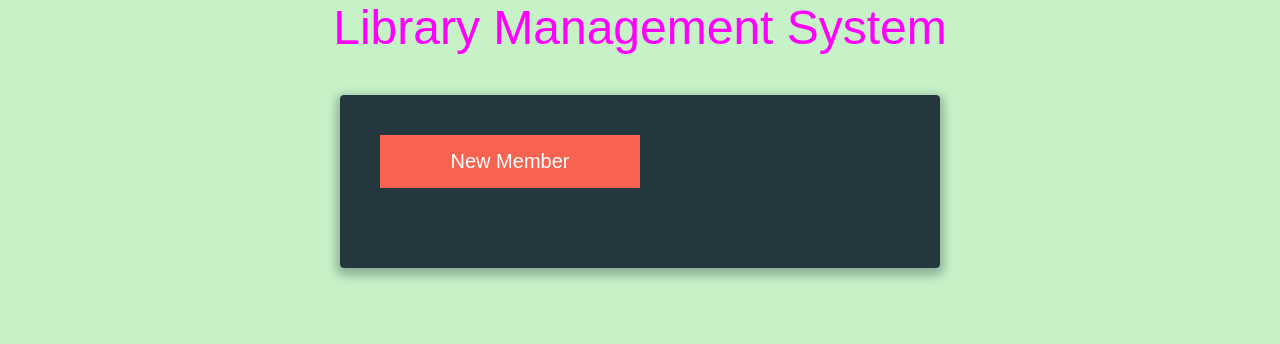
Repository: sudhanshuptl/LMS
Page: http://localhost/LMSWeb/add_user.jsp
These files come from the project's save history. The page is drawn as it stood at one moment and after the next save; the edit follows.
The browser window is 1280 px wide. The pictures show the whole page.
Some web fonts or font styles are not loaded; a fallback is used. Some web libraries are served in a nearby version. The page is served by Tomcat 9. Other server files are loaded and not shown.

Above is the page before, as saved 2016-11-24 19:17:07.

### LMSWeb/WebContent/add_user.jsp
<%@ page language="java" contentType="text/html; charset=ISO-8859-1"
	pageEncoding="ISO-8859-1"
	import="com.virtusa.project.services.admin.AdminServices"%>
<!DOCTYPE html>
<html>
<head>
<meta charset="UTF-8">
<title>Admin Service</title>
<link
	href='http://fonts.googleapis.com/css?family=Titillium+Web:400,300,600'
	rel='stylesheet' type='text/css'>
<link rel="stylesheet"
	href="https://cdnjs.cloudflare.com/ajax/libs/normalize/5.0.0/normalize.min.css">


<link rel="stylesheet" href="css/style.css">


</head>

<body>

	<h1>
		<font color="#FF00FF" size="100">Library Management System</font>
	</h1>
	<div class="form">

		<ul class="tab-group">
			<li class="tab active"><a href="#signup">New Member</a></li>
		</ul>

		<div class="tab-content">
			<div id="signup">

				<form action="add_user.jsp" method="post">

					<div class="field-wrap">
						<label> Name<span class="req" name="name">*</span>
						</label> <input type="text" name="userName" required autocomplete="off" />
					</div>

					<div class="field-wrap">
						<label> Phone No<span class="req" name="phone">*</span>
						</label> <input type="text" name="phoneNumber" required autocomplete="off"
							pattern="[0-9]{10}" title="Please Enter 10 Digit No." />
					</div>

					<div class="field-wrap">
						<label> Password<span class="req" name="password">*</span>
						</label> <input type="password" name="userPassword" required
							autocomplete="off"
							title="Must contain at least  one number and one uppercase and lowercase letter, and at least 8 or more characters" />
					</div>

					<!--<p class="forgot"><a href="#">Forgot Password?</a></p>-->

					<button class="button button-block" />
					Add Member
					</button>

				</form>
			</div>
		</div>
		<!-- tab-content -->

	</div>
	<!-- /form -->
	<script
		src='http://cdnjs.cloudflare.com/ajax/libs/jquery/2.1.3/jquery.min.js'></script>

	<script src="js/index.js"></script>
	<%
		if (request.getParameter("userName") != null) {
			String userName = request.getParameter("userName");
			String userPhoneNumber = request.getParameter("phoneNumber");
			String password = request.getParameter("userPassword");
			AdminServices adminServices = new AdminServices();
			adminServices.addUser(userName, password, userPhoneNumber);
		}
	%>

</body>
</html>

<!-- pattern="(?=.*\d)(?=.*[a-z])(?=.*[A-Z]).{8,}" -->

### LMSWeb/WebContent/css/style.css
*, *:before, *:after {
  box-sizing: border-box;
}

html {
  overflow-y: scroll;
}

body {
  background: #C7F2C8;
  font-family: 'Titillium Web', sans-serif;
}

a {
  text-decoration: none;
  color: #C7F2F2;//1ab188;
  -webkit-transition: .5s ease;
  transition: .5s ease;
}
a:hover {
  color: #179b77;
}

.form {
  background: rgba(19, 35, 47, 0.9);
  padding: 40px;
  max-width: 600px;
  margin: 40px auto;
  border-radius: 4px;
  box-shadow: 0 4px 10px 4px rgba(19, 35, 47, 0.3);
}

.tab-group {
  list-style: none;
  padding: 0;
  margin: 0 0 40px 0;
}
.tab-group:after {
  content: "";
  display: table;
  clear: both;
}
.tab-group li a {
  display: block;
  text-decoration: none;
  padding: 15px;
  background: rgba(160, 179, 176, 0.25);
  color: #F3B7AF;
  font-size: 20px;
  float: left;
  width: 50%;
  text-align: center;
  cursor: pointer;
  -webkit-transition: .5s ease;
  transition: .5s ease;
}
.tab-group li a:hover {
  background: #F3B7AF;
  color: #ffffff;
}
.tab-group .active a {
  background: #F76350;
  color: #ffffff;
}

.tab-content > div:last-child {
  display: none;
}

h1 {
  text-align: center;
  color: #ffffff;
  font-weight: 300;
  margin: 0 0 40px;
}

label {
  position: absolute;
  -webkit-transform: translateY(6px);
          transform: translateY(6px);
  left: 13px;
  color: rgba(255, 255, 255, 0.5);
  -webkit-transition: all 0.25s ease;
  transition: all 0.25s ease;
  -webkit-backface-visibility: hidden;
  pointer-events: none;
  font-size: 22px;
}
label .req {
  margin: 2px;
  color: #1ab188;
}

label.active {
  -webkit-transform: translateY(50px);
          transform: translateY(50px);
  left: 2px;
  font-size: 14px;
}
label.active .req {
  opacity: 0;
}

label.highlight {
  color: #ffffff;
}

input, textarea {
  font-size: 22px;
  display: block;
  width: 100%;
  height: 100%;
  padding: 5px 10px;
  background: none;
  background-image: none;
  border: 1px solid #a0b3b0;
  color: #ffffff;
  border-radius: 0;
  -webkit-transition: border-color .25s ease, box-shadow .25s ease;
  transition: border-color .25s ease, box-shadow .25s ease;
}
input:focus, textarea:focus {
  outline: 0;
  border-color: #1ab188;
}

textarea {
  border: 2px solid #a0b3b0;
  resize: vertical;
}

.field-wrap {
  position: relative;
  margin-bottom: 40px;
}

.top-row:after {
  content: "";
  display: table;
  clear: both;
}
.top-row > div {
  float: left;
  width: 48%;
  margin-right: 4%;
}
.top-row > div:last-child {
  margin: 0;
}

.button {
  border: 0;
  outline: none;
  border-radius: 0;
  padding: 15px 0;
  font-size: 2rem;
  font-weight: 600;
  text-transform: uppercase;
  letter-spacing: .1em;
  background: #1ab188;
  color: #ffffff;
  -webkit-transition: all 0.5s ease;
  transition: all 0.5s ease;
  -webkit-appearance: none;
}
.button:hover, .button:focus {
  background: #179b77;
}

.button-block {
  display: block;
  width: 100%;
}

.forgot {
  margin-top: -20px;
  text-align: right;
}

### LMSWeb/WebContent/js/index.js
$('.form').find('input, textarea').on('keyup blur focus', function (e) {

  var $this = $(this),
      label = $this.prev('label');

	  if (e.type === 'keyup') {
			if ($this.val() === '') {
          label.removeClass('active highlight');
        } else {
          label.addClass('active highlight');
        }
    } else if (e.type === 'blur') {
    	if( $this.val() === '' ) {
    		label.removeClass('active highlight');
			} else {
		    label.removeClass('highlight');
			}
    } else if (e.type === 'focus') {

      if( $this.val() === '' ) {
    		label.removeClass('highlight');
			}
      else if( $this.val() !== '' ) {
		    label.addClass('highlight');
			}
    }

});

$('.tab a').on('click', function (e) {

  e.preventDefault();

  $(this).parent().addClass('active');
  $(this).parent().siblings().removeClass('active');

  target = $(this).attr('href');

  $('.tab-content > div').not(target).hide();

  $(target).fadeIn(600);

});

After the next save:
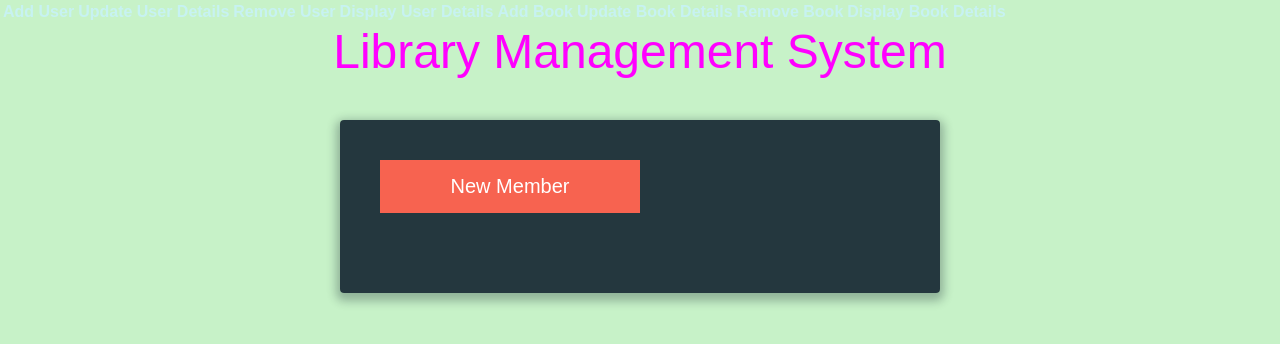
Saved 8 s later.
--- a/LMSWeb/WebContent/add_user.jsp
+++ b/LMSWeb/WebContent/add_user.jsp
@@ -19,6 +19,16 @@
 </head>
 
 <body>
+<table>
+<th> <a href="add_user.jsp">Add User</a><br/></th>
+<th> <a href="update_member_by_id.jsp">Update User Details</a><br/></th>
+<th> <a href="remove_user.jsp">Remove User</a><br/></th>
+<th> <a href="display_user.jsp">Display User Details</a><br/></th>
+<th> <a href="add_book.jsp">Add Book</a><br/></th>
+<th> <a href="update_book_by_id.jsp">Update Book Details</a><br/></th>
+<th> <a href="remove_book.jsp">Remove Book</a><br/></th>
+<th> <a href="display_book.jsp">Display Book Details</a><br/></th>
+</table>
 
 	<h1>
 		<font color="#FF00FF" size="100">Library Management System</font>
